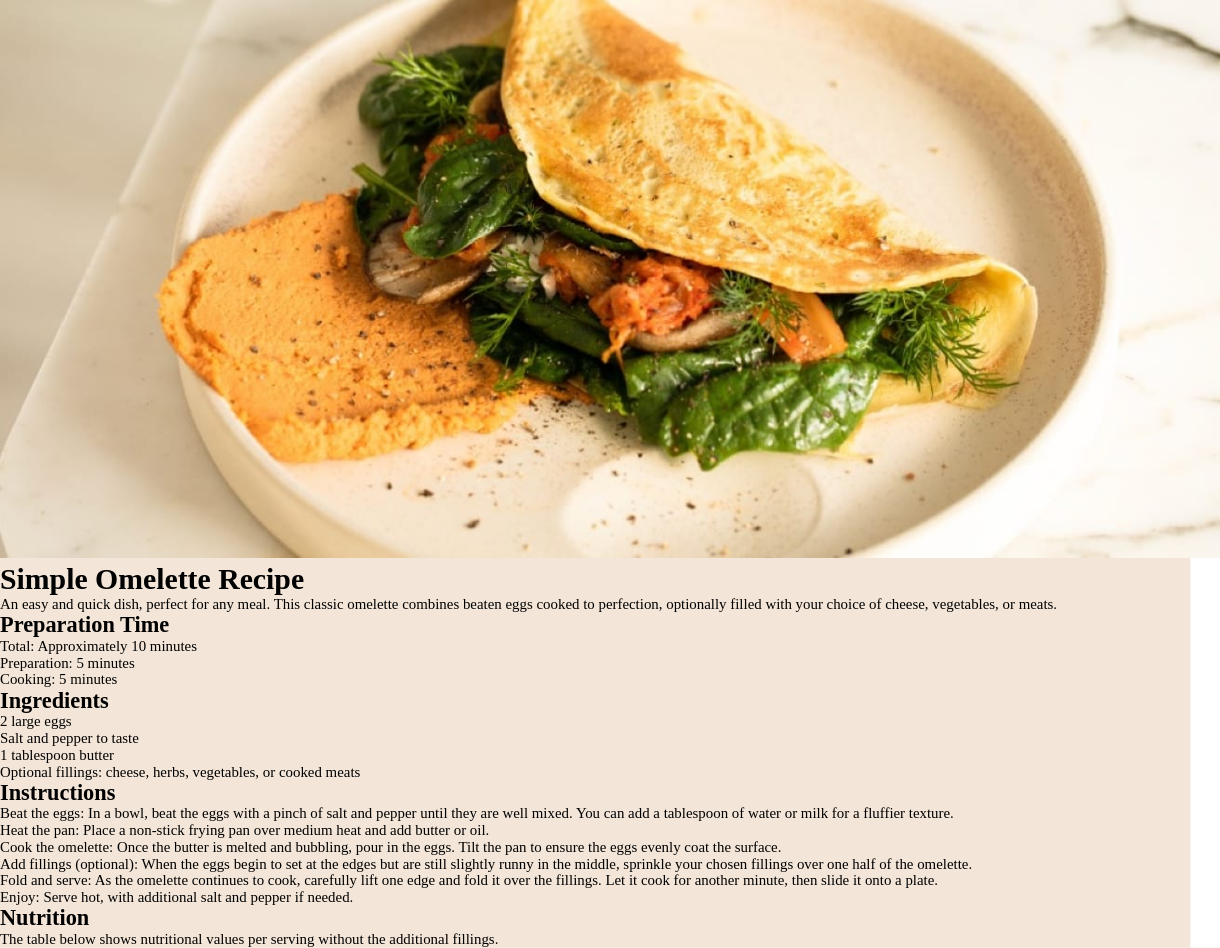
Repository: akbasliogulcan/omletterecipe
Page: index.html
These files come from the project's save history. The page is drawn as it stood at one moment and after the next save; the edit follows.
The browser window is 1280 px wide. The page is 1312 px wide, so the pictures cover 1312 px, including what lies to the right of the window. The pictures show the whole page, at 93% of full size.

Above is the page before, as saved 2025-07-20 17:31:06.

After the next save:
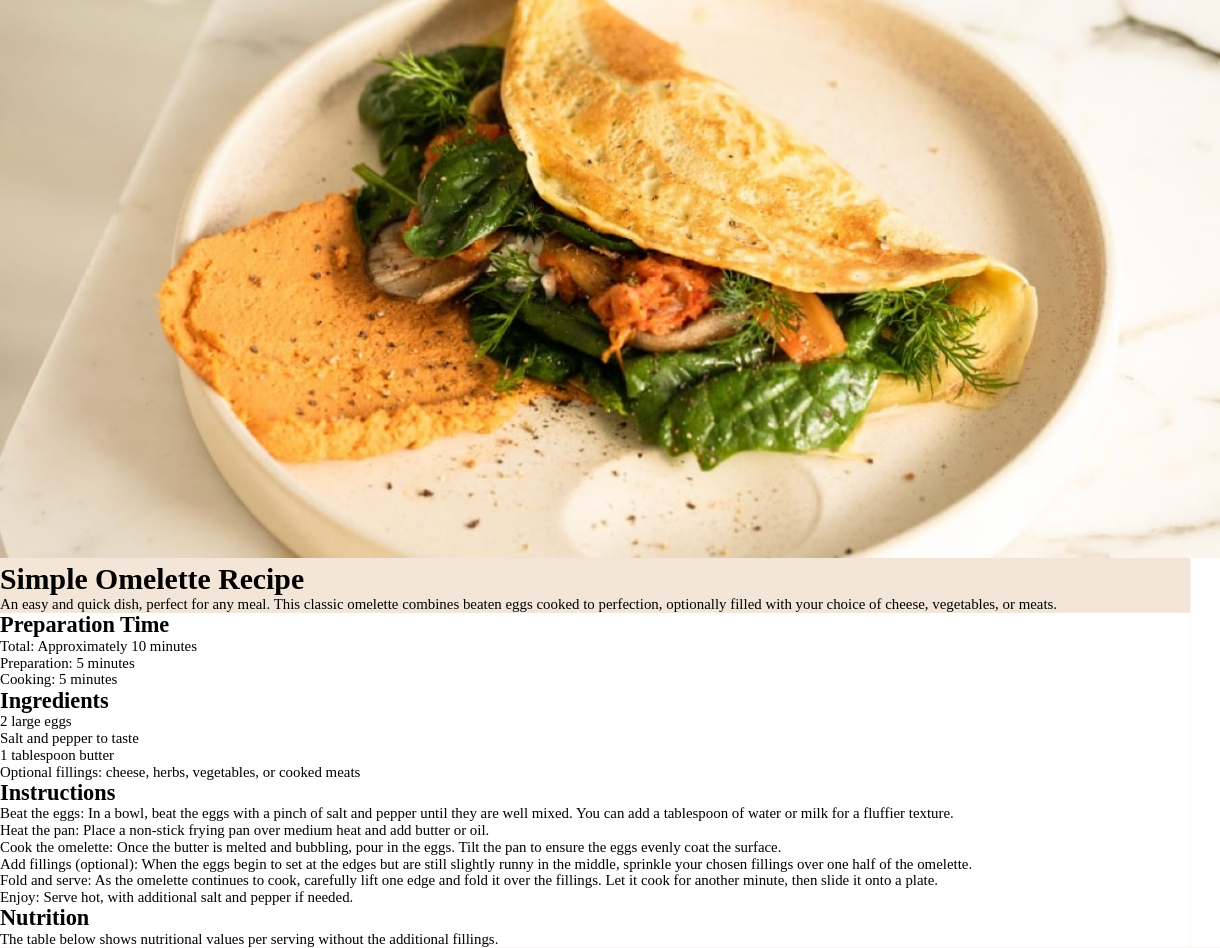
Saved 18 s later.
--- a/style.css
+++ b/style.css
@@ -7,3 +7,7 @@
 .simple {
   background-color: hsl(30, 54%, 90%);
 }
+
+.add {
+  background-color: white;
+}
